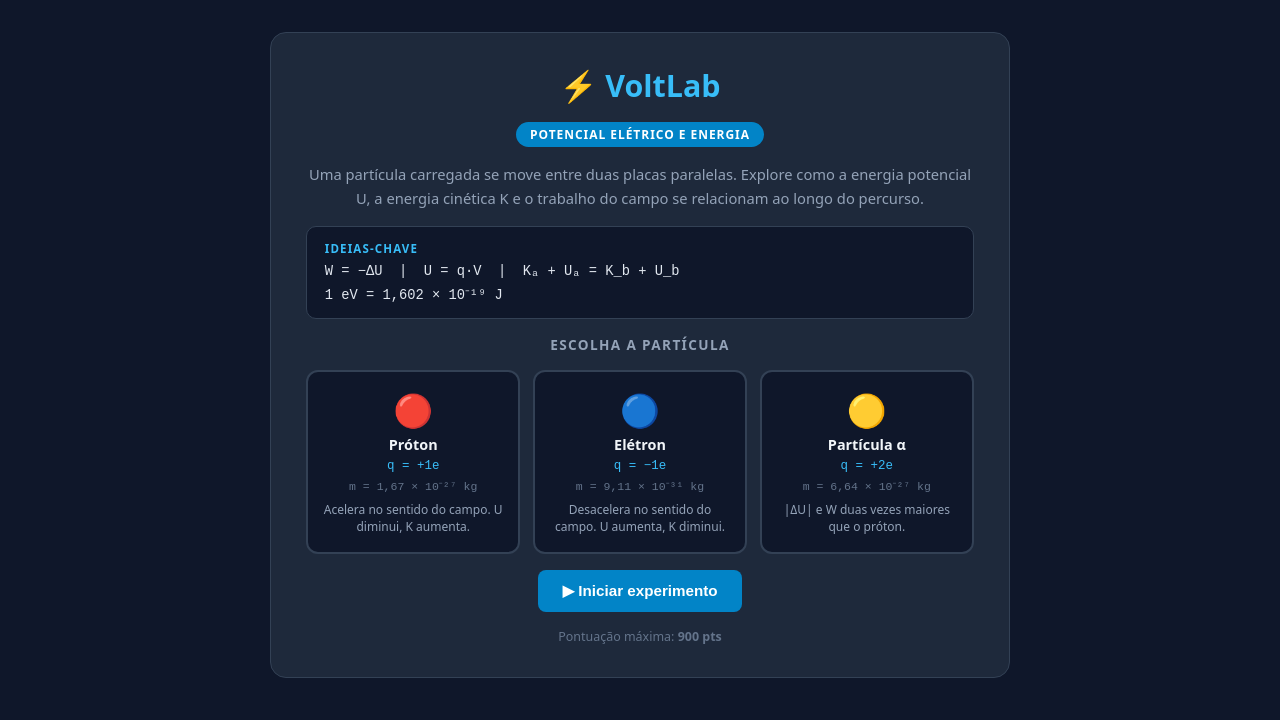
Repository: sndemedeiros/Potencial
Page: index.html
The author's editor kept a copy of each file at every save. The page is drawn from the files as they stood at one save, then again after the next save.
The browser window is 1280 px wide. The pictures show the whole page.

Above is the page before, as saved 2026-03-29 11:37:23.

After the next save:
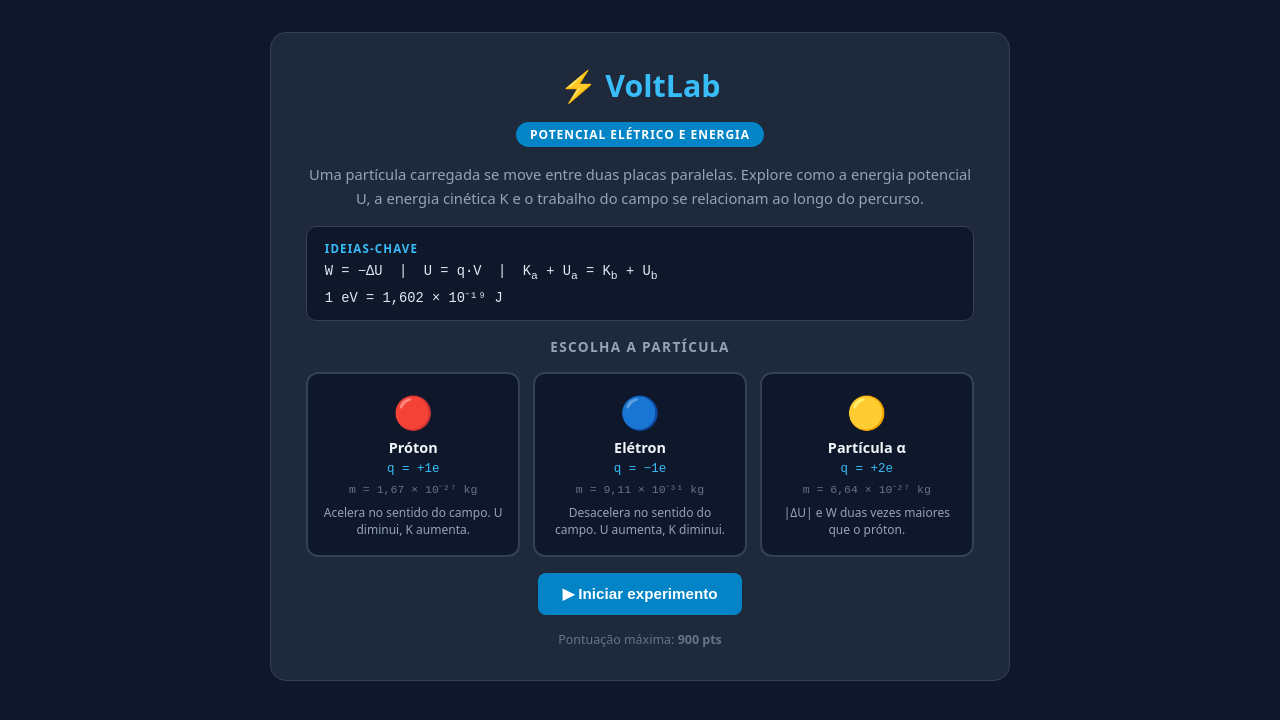
Saved 7 min 9 s later.
--- a/index.html
+++ b/index.html
@@ -22,7 +22,9 @@
             </p>
             <div class="ref-box">
                 <div class="ref-title">Ideias-chave</div>
-                <div class="ref-eq">W = −ΔU &nbsp;|&nbsp; U = q·V &nbsp;|&nbsp; Kₐ + Uₐ = K_b + U_b</div>
+                <div class="ref-eq">W = −ΔU &nbsp;|&nbsp; U = q·V &nbsp;|&nbsp; K<sub>a</sub> + U<sub>a</sub> =
+                    K<sub>b</sub> + U<sub>b</sub>
+                </div>
                 <div class="ref-eq">1 eV = 1,602 × 10⁻¹⁹ J</div>
             </div>
             <p class="escolha-label">Escolha a partícula</p>
